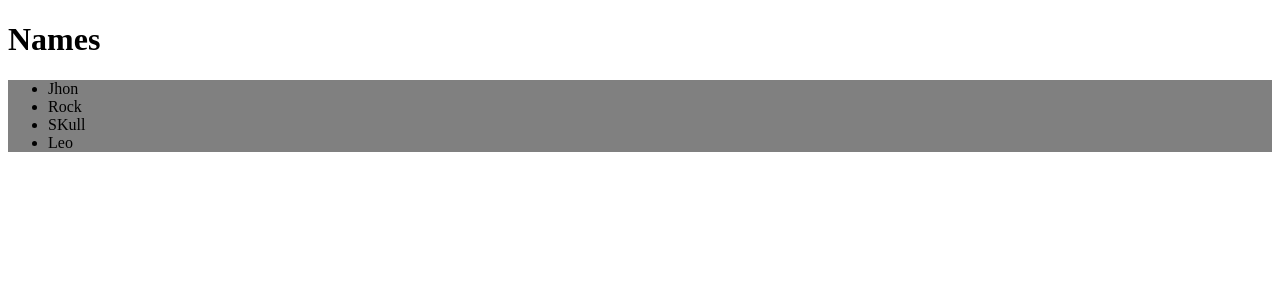
Repository: NithishKoriyar/phpprojectgh
Page: http://localhost/names.php
These files come from the project's save history. The page is drawn as it stood at one moment and after a run of saves; the edit follows.
The browser window is 1280 px wide. The pictures show the whole page.
The page is run by PHP 8.4 with error messages shown; the project is at /var/www/html/.

Above is the page before, as saved 2022-12-14 12:50:07.

### names.php
<?php
    $names = ['Jhon', 'Rock','SKull', 'Leo'];
?>
<!DOCTYPE html>
<html lang="en">
<head>
    <meta charset="UTF-8">
    <meta http-equiv="X-UA-Compatible" content="IE=edge">
    <meta name="viewport" content="width=device-width, initial-scale=1.0">
    <title>Document</title>
    <style>

        .more-names{
            background-color: grey;
        }
        .some-names{
            background-color: yellow;
        }


    </style>
</head>
<body class="">
    <h1>Names</h1>
    <ul class="<?= count($names) > 3 ? 'more-names' : 'some-names' ?>">
        <?php foreach($names as $name) { ?>

          <li><?= $name ?></li>
        <?php } ?>
    </ul>
    <?php
    if($name > 3){

    }
?>

</body>
</html>

After the next 2 saves:
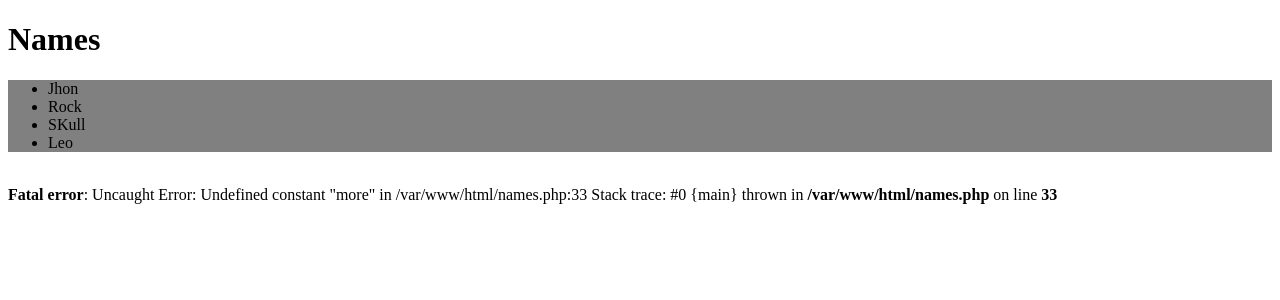
The 2 saves are shown as one change because they came seconds apart.
The last was saved 16 s later.
--- a/names.php
+++ b/names.php
@@ -30,6 +30,7 @@
     </ul>
     <?php
     if($name > 3){
+        more - names;
 
     }
 ?>
